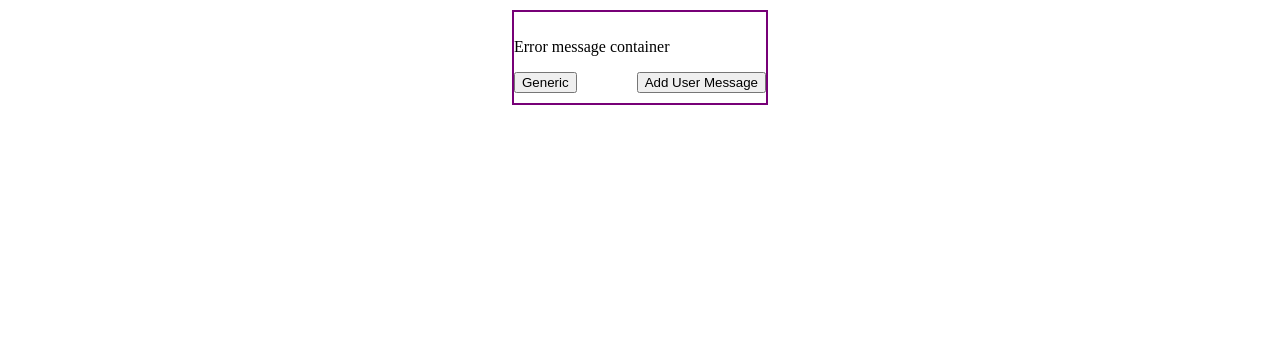
Repository: codeandcloud/message-demo
Page: index.html
An editor plug-in stored every save of this project. The page is shown before and after the next save, followed by the edit.
The browser window is 1280 px wide. The pictures show the whole page.

Above is the page before, as saved 2020-05-29 11:06:12.

After the next save:
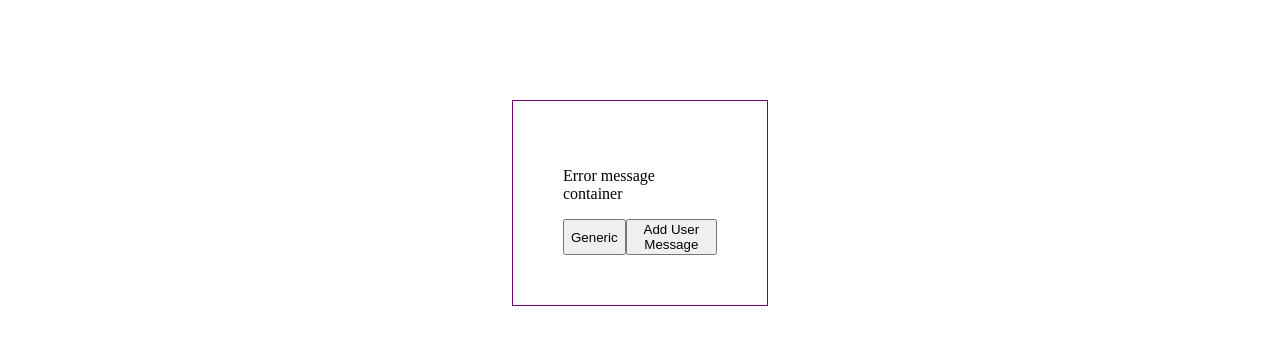
Saved 45 s later.
--- a/index.html
+++ b/index.html
@@ -10,8 +10,8 @@
     <script src="shared/globals.js" type="text/javascript"></script>
     <script src="pages/home.js" type="text/javascript"></script>
 </head>
-<body style="border:1px #707 solid; margin:10px 40%;">
-    <div style="border:1px #707 solid; padding:10px 0; margin:0 auto;">
+<body style="margin:100px 40%;">
+    <div style="border:1px #707 solid; padding:50px; margin:0 auto;">
         <p id="result">Error message container</p>
         <div style="display:flex; justify-content:space-between;">
             <button id="show-generic-message">Generic</button>
